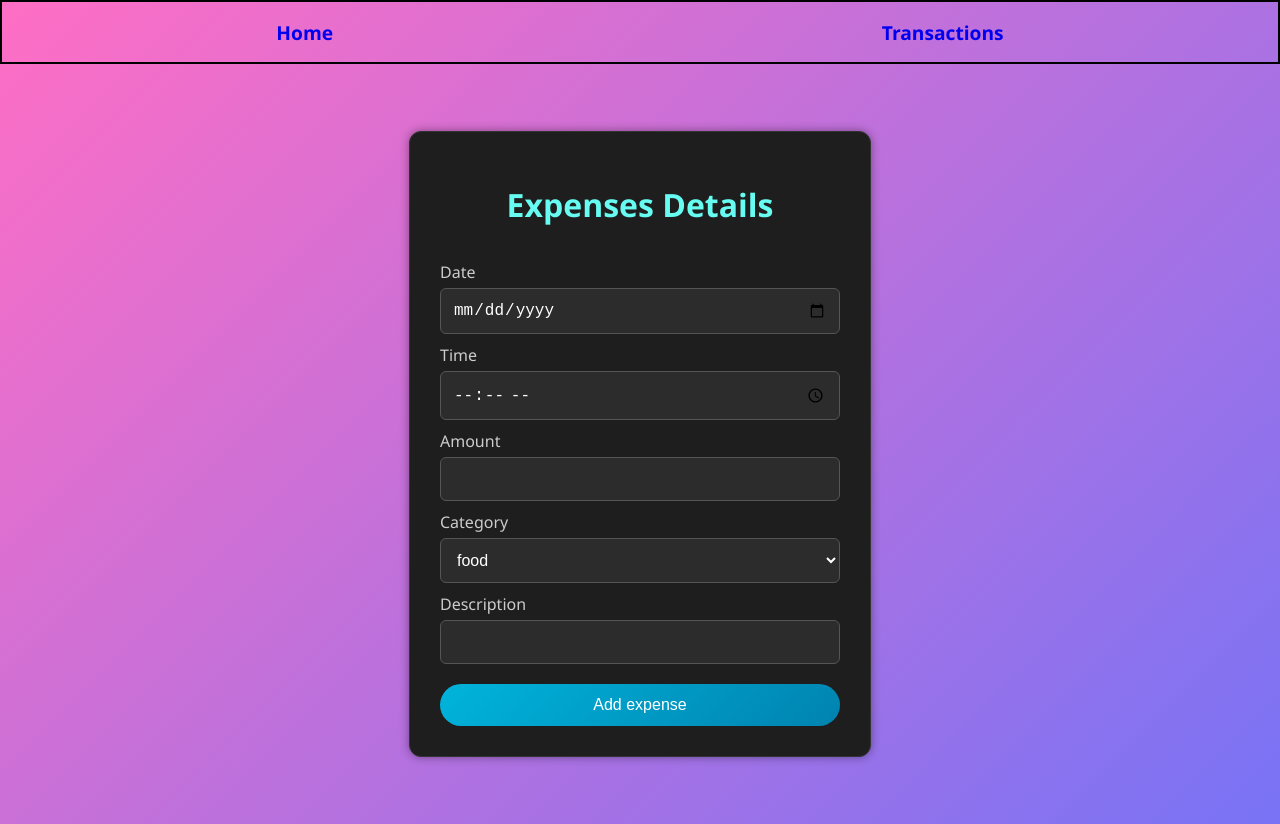
Repository: sarthak-tyagi123/expensetracker12
Page: http://localhost/
These files come from the project's save history. The page is drawn as it stood at one moment and after a run of saves; the edit follows.
The browser window is 1280 px wide. The pictures show the whole page.
The page is served by the project's Node server (app.js).

Above is the page before, as saved 2025-06-29 16:03:17.

### views/home.ejs
<!DOCTYPE html>
<html lang="en">
<head>
  <meta charset="UTF-8" />
  <meta name="viewport" content="width=device-width, initial-scale=1.0"/>
  <title>Expense Tracker</title>
 <style>
    body {
      margin: 0;
      padding: 0;
      background-color: #121212;
      font-family: 'Segoe UI', sans-serif;
      background: linear-gradient(135deg, #ff6ec4, #7873f5);
      color: #f0f0f0;
    }


    .nav{
      display: flex;
      height: 60px;
      border: 2px solid black;
      justify-content:space-around;
      align-items: center;
    }

    .a{
      text-decoration: none;
      font-size: larger;
      font-weight: bolder;
    }


/* expense details  css */






    .container {
      display: flex;
      justify-content: center;
      align-items: center;
      height: 100vh;
      padding: 20px;
    }

    .box {
      background-color: #1e1e1e;
      padding: 30px;
      border-radius: 12px;
      border: 1px solid #333;
      box-shadow: 0 0 10px rgba(0, 0, 0, 0.4);
      width: 100%;
      max-width: 400px;
    }

    h1 {
      text-align: center;
      margin-bottom: 25px;
      color: #66fcf1;
    }

    form {
      display: flex;
      flex-direction: column;
    }

    label {
      margin: 10px 0 5px;
      color: #ccc;
      font-weight: 500;
    }

    input {
      padding: 12px;
      font-size: 16px;
      border: 1px solid #555;
      border-radius: 6px;
      background-color: #2c2c2c;
      color: #fff;
    }

    select{
      padding: 12px;
      font-size: 16px;
      border: 1px solid #555;
      border-radius: 6px;
      background-color: #2c2c2c;
      color: #fff;
    }

    input::placeholder {
      color: #999;
    }

    button {
      margin-top: 20px;
      padding: 12px;
      font-size: 16px;
      border: none;
      border-radius: 30px;
      background: linear-gradient(135deg, #00b4db, #0083b0);
      color: white;
      cursor: pointer;
      transition: 0.3s ease;
    }


  </style>

</head>
<body>

  <div class="nav">
    <a href="/" class="a">Home</a>
    <a href="/transaction "class="a">Transactions</a>
  </div>

  <div class="container">
    <div class="box">

      <form class="form" action="/transactions" method="post">
        <h1>Expenses Details</h1>



        <label for="date">Date</label>
        <input type="date" name="date">

        <label for="time">Time</label>
        <input type="time" name="time">

        <label for="number">Amount</label>
        <input type="number" name="amount"/>

        <label for="text">Category</label>
        <select name="category">
          <option value="food" name="food">food</option>
          <option value="travel" name="travel">travel</option>
          <option value="study" name="study">study</option>
          <option value="shoping" name="shopping">shopping</option>
          <option value="grocery" name="grocery">grocery</option>

        </select>

        <label for="text">Description</label>
        <input type="text" name="description">


        <button type="submit">Add expense</button>
      </form>
    </div>
  </div>





</body>
</html>

### app.js
let express=require("express");
let app=express();
app.use(express.urlencoded({ extended: true }));
app.set("view engine",'ejs');

const path=require("path");
app.use(express.static(path.join(__dirname, 'public')));


app.get("/",function(req,res){
    res.render("home.ejs");
})


const transaction_data=[];
app.post("/transactions",function(req,res){
    const {date,time,amount,category,description } = req.body;
    transaction_data.push({date,time,amount,category,description});
    res.render("transactions.ejs",{data:transaction_data || []});
})


// let expenses = [];
// app.post("/expenses",function(req,res){
//   const { name, amount } = req.body;
//   expenses.push({ name, amount: Number(amount) });
// //   res.render('expenses.ejs', { name, amount })
//   res.render("expenses", { expenses:expenses || []});
// })

app.listen(3000);

After the next 2 saves:
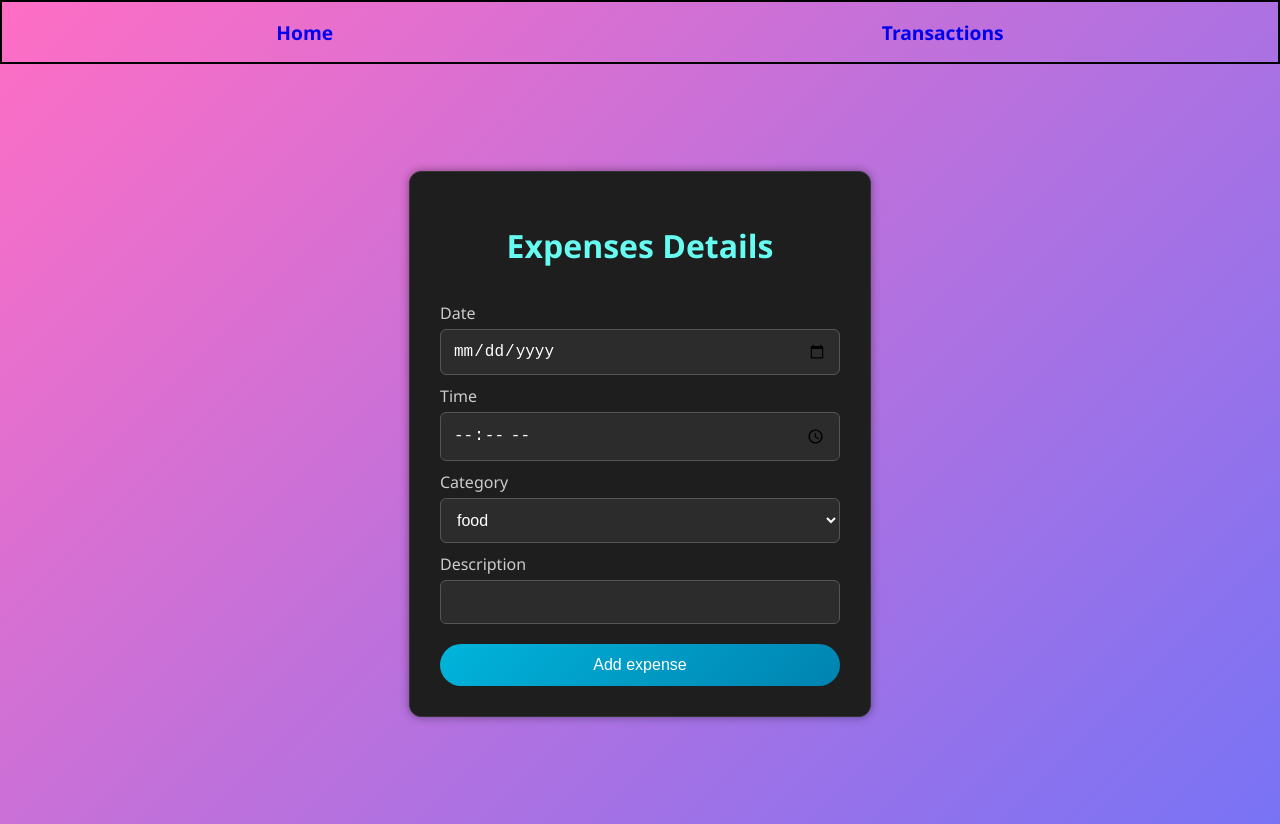
The 2 saves are shown as one change because they came seconds apart.
The last was saved 70 s later.
--- a/views/home.ejs
+++ b/views/home.ejs
@@ -131,9 +131,6 @@
         <label for="time">Time</label>
         <input type="time" name="time">
 
-        <label for="number">Amount</label>
-        <input type="number" name="amount"/>
-
         <label for="text">Category</label>
         <select name="category">
           <option value="food" name="food">food</option>

After the save that followed:
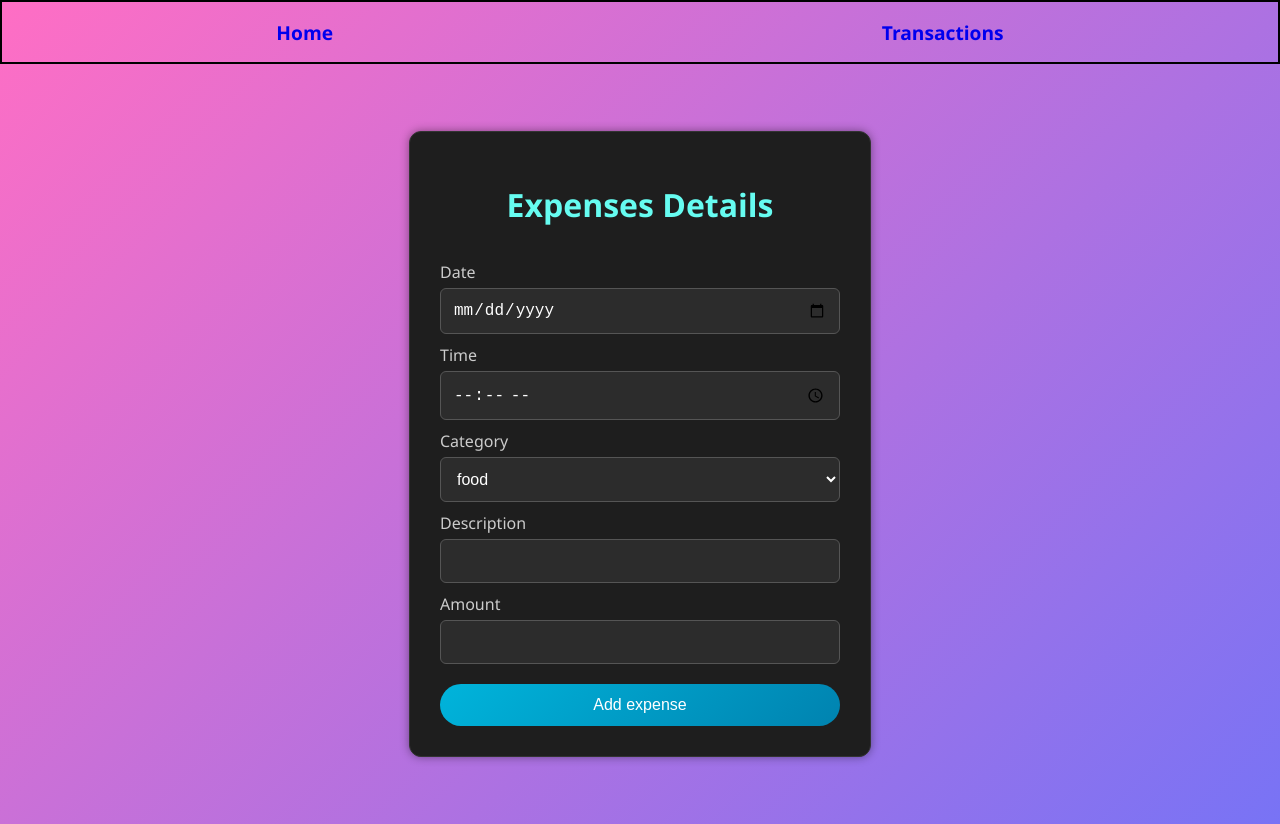
Saved 4 s later.
--- a/views/home.ejs
+++ b/views/home.ejs
@@ -144,6 +144,8 @@
         <label for="text">Description</label>
         <input type="text" name="description">
 
+        <label for="number">Amount</label>
+        <input type="number" name="amount"/>
 
         <button type="submit">Add expense</button>
       </form>
